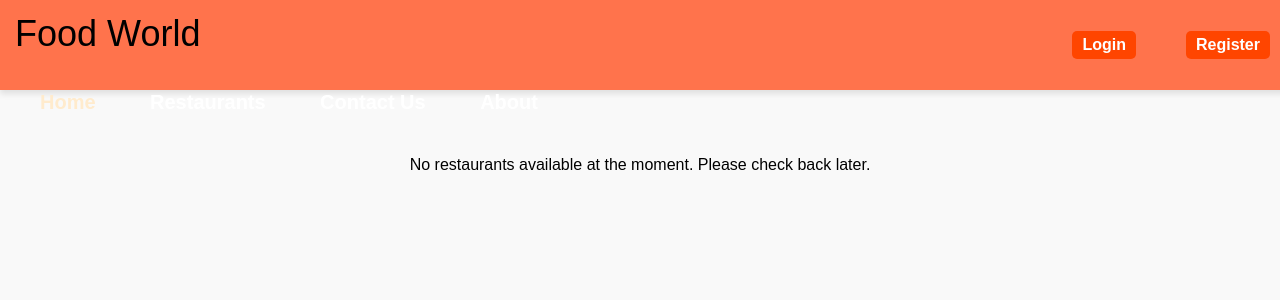
Repository: Sujith-B-S/Food-Application
Page: http://localhost/FoodApplication/home.jsp
These files come from the project's save history. The page is drawn as it stood at one moment and after the next save; the edit follows.
The browser window is 1280 px wide. The pictures show the whole page.
The pointer rests on the first visible `.navbar a`.
Some web fonts or font styles are not loaded; a fallback is used. The page is served by Tomcat 9.

Above is the page before, as saved 2024-11-16 17:51:00.

After the next save:
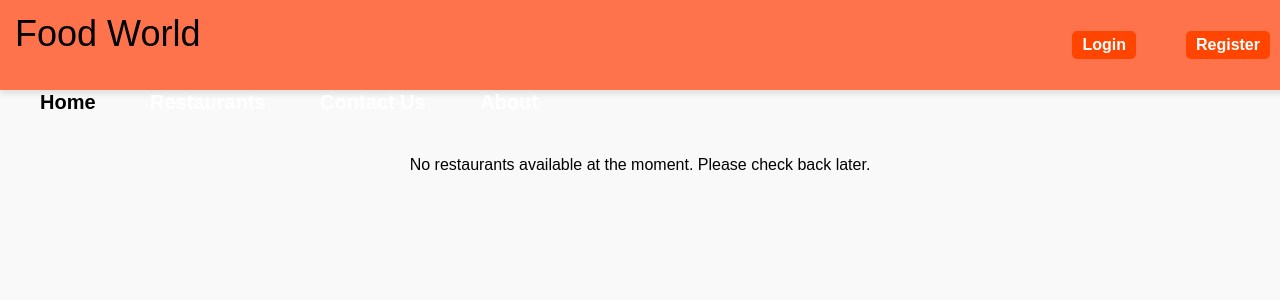
Saved 12 s later.
--- a/FoodApplication/src/main/webapp/home.jsp
+++ b/FoodApplication/src/main/webapp/home.jsp
@@ -50,7 +50,7 @@
         }
 
         .navbar a:hover {
-            color: #ffebcd;
+            color: black;
         }
 
         .user-info {
